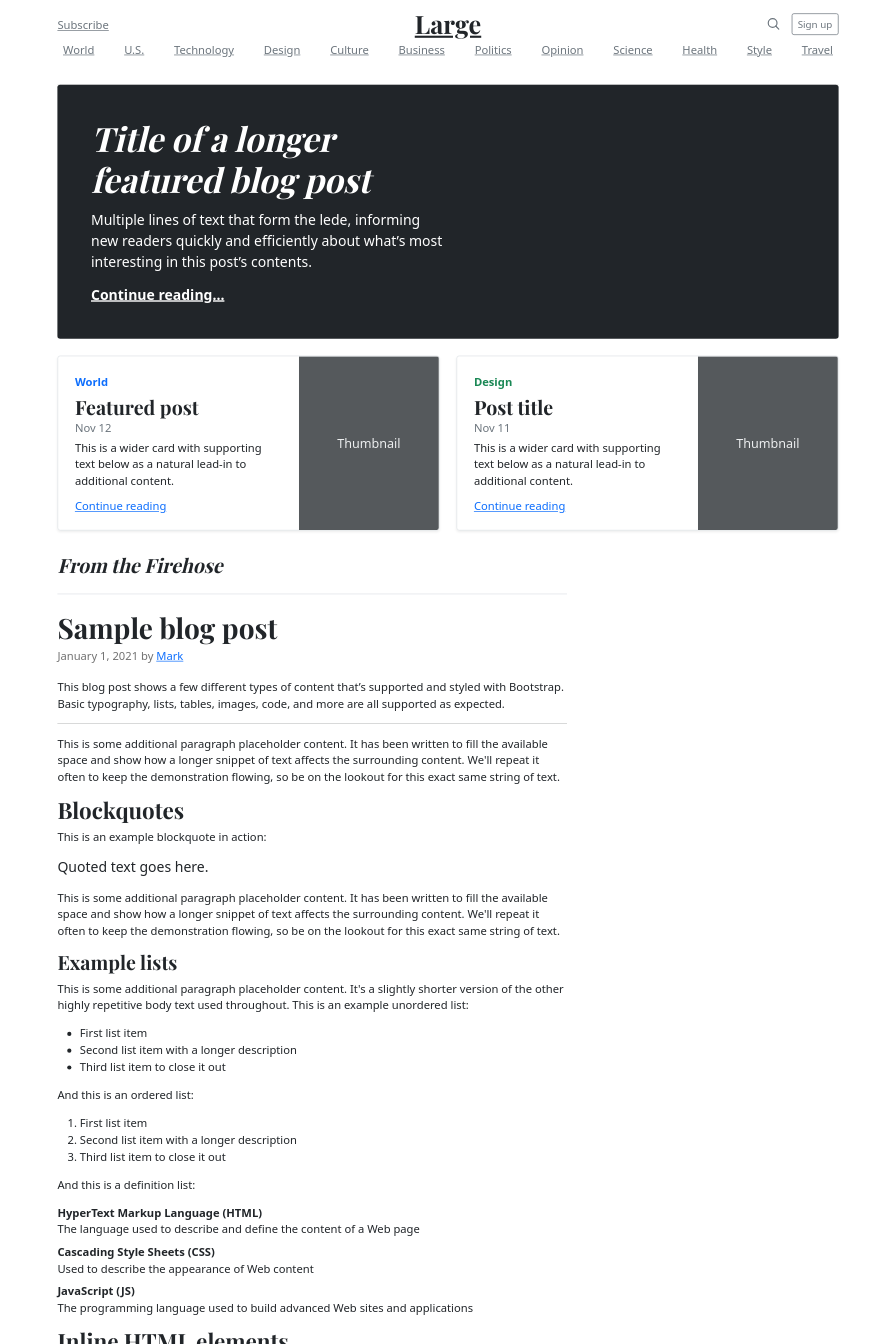
Repository: GarlicButterBoy/WEBD5201
Page: http://localhost/
The author's editor kept a copy of each file at every save. The page is drawn from the files as they stood at one save, then again after the next save.
The browser window is 1280 px wide. The pictures show the part of the page from y = 0 to 1920 px (the page is 4003 px tall), at 70% of full size.
The page is served by the project's Laravel application, run on PHP 8.4 with Laravel 8.

Above is the page before, as saved 2021-09-21 12:46:41.

After the next save:
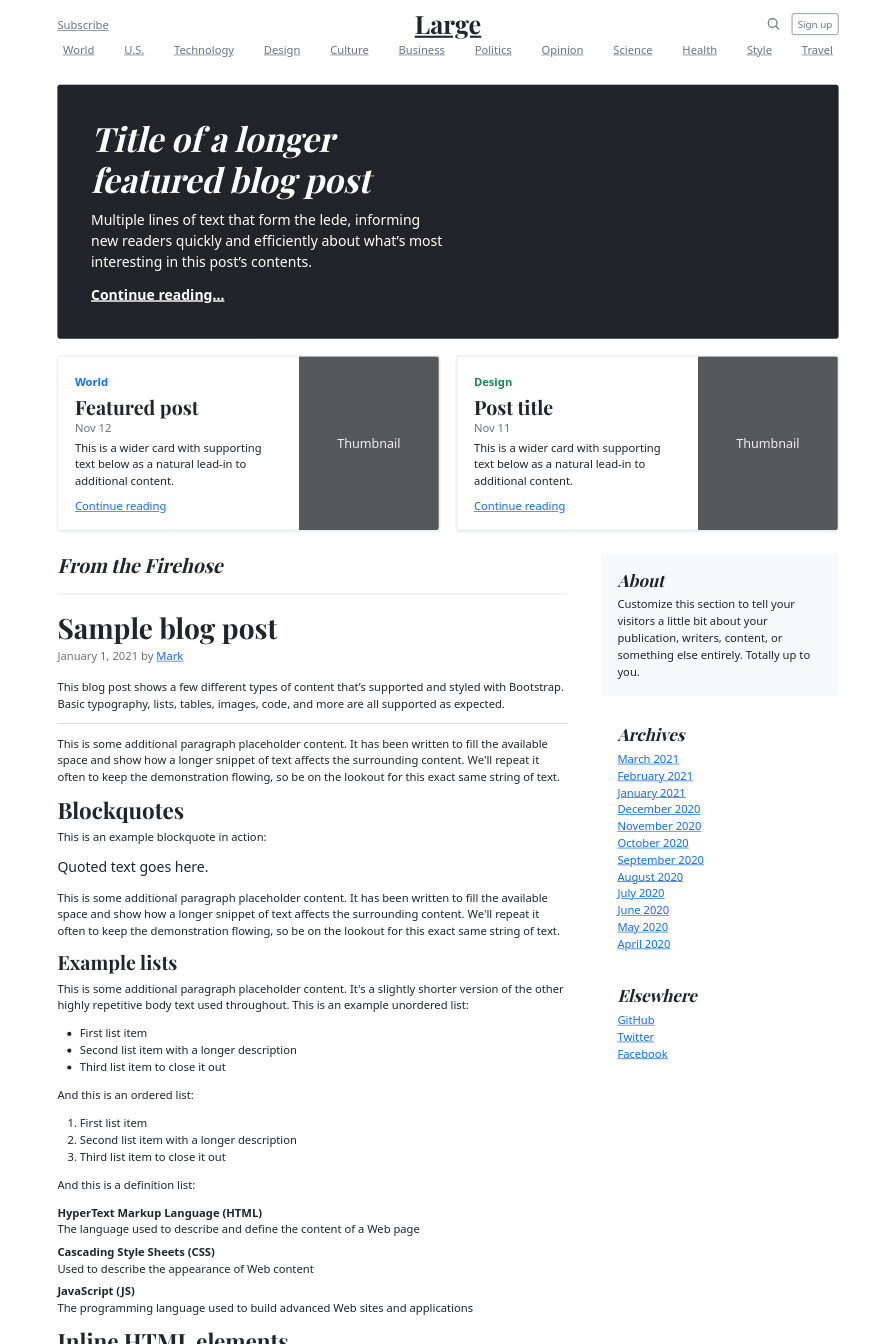
Saved 5 s later.
--- a/resources/views/posts/index.blade.php
+++ b/resources/views/posts/index.blade.php
@@ -172,7 +172,41 @@
 
     </div>
 
-
+    <div class="col-md-4">
+      <div class="position-sticky" style="top: 2rem;">
+        <div class="p-4 mb-3 bg-light rounded">
+          <h4 class="fst-italic">About</h4>
+          <p class="mb-0">Customize this section to tell your visitors a little bit about your publication, writers, content, or something else entirely. Totally up to you.</p>
+        </div>
+
+        <div class="p-4">
+          <h4 class="fst-italic">Archives</h4>
+          <ol class="list-unstyled mb-0">
+            <li><a href="#">March 2021</a></li>
+            <li><a href="#">February 2021</a></li>
+            <li><a href="#">January 2021</a></li>
+            <li><a href="#">December 2020</a></li>
+            <li><a href="#">November 2020</a></li>
+            <li><a href="#">October 2020</a></li>
+            <li><a href="#">September 2020</a></li>
+            <li><a href="#">August 2020</a></li>
+            <li><a href="#">July 2020</a></li>
+            <li><a href="#">June 2020</a></li>
+            <li><a href="#">May 2020</a></li>
+            <li><a href="#">April 2020</a></li>
+          </ol>
+        </div>
+
+        <div class="p-4">
+          <h4 class="fst-italic">Elsewhere</h4>
+          <ol class="list-unstyled">
+            <li><a href="#">GitHub</a></li>
+            <li><a href="#">Twitter</a></li>
+            <li><a href="#">Facebook</a></li>
+          </ol>
+        </div>
+      </div>
+    </div>
   </div>
 
 </main>
